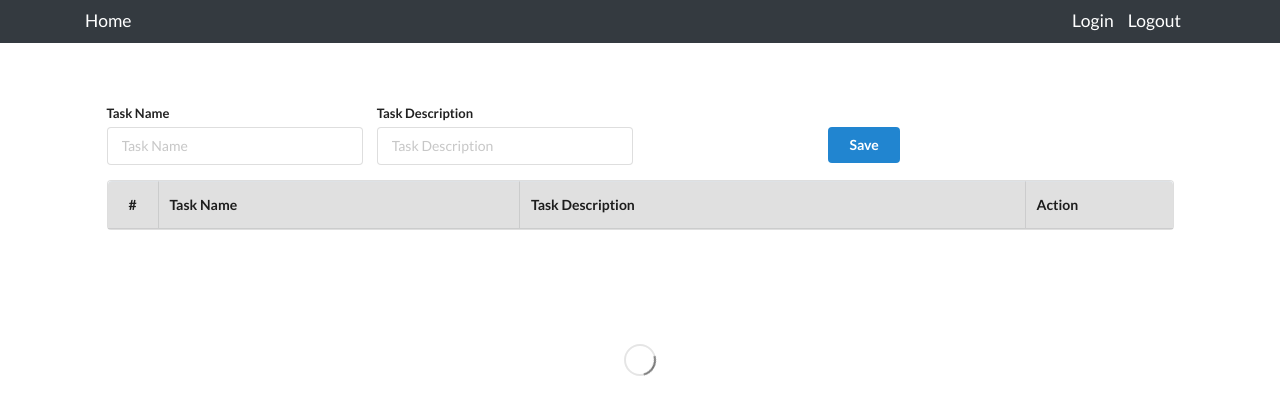
Repository: balkisys/react-js-crud
Page: /
The author's editor kept a copy of each file at every save. The page is drawn from the files as they stood at one save, then again after the next save.
The browser window is 1280 px wide. The pictures show the whole page.
The page's requests for data from a server got no answer. The project was rebuilt for these pictures with package versions that can differ from the ones it lists, and the page was loaded fresh each time. No one was signed in, and anything a server would have sent is missing. Also part of the build but not shown: src/components/Task.js.

Above is the page before, as saved 2021-02-07 19:46:25.

### public/index.html
<!DOCTYPE html>
<html lang="en">
  <head>
    <meta charset="utf-8" />
    <link rel="icon" href="%PUBLIC_URL%/favicon.ico" />
    <meta name="viewport" content="width=device-width, initial-scale=1" />
    <meta name="theme-color" content="#000000" />
    <meta
      name="description"
      content="Web site created using create-react-app"
    />
    <link rel="apple-touch-icon" href="%PUBLIC_URL%/logo192.png" />
    <link rel="stylesheet" href="https://stackpath.bootstrapcdn.com/bootstrap/4.3.1/css/bootstrap.min.css" integrity="sha384-ggOyR0iXCbMQv3Xipma34MD+dH/1fQ784/j6cY/iJTQUOhcWr7x9JvoRxT2MZw1T" crossorigin="anonymous">

    <link
    rel="stylesheet"
    href="https://cdnjs.cloudflare.com/ajax/libs/semantic-ui/2.4.1/semantic.min.css"
    />

    <!--
      manifest.json provides metadata used when your web app is installed on a
      user's mobile device or desktop. See https://developers.google.com/web/fundamentals/web-app-manifest/
    -->
    <link rel="manifest" href="%PUBLIC_URL%/manifest.json" />
    <!--
      Notice the use of %PUBLIC_URL% in the tags above.
      It will be replaced with the URL of the `public` folder during the build.
      Only files inside the `public` folder can be referenced from the HTML.

      Unlike "/favicon.ico" or "favicon.ico", "%PUBLIC_URL%/favicon.ico" will
      work correctly both with client-side routing and a non-root public URL.
      Learn how to configure a non-root public URL by running `npm run build`.
    -->
    <title>React App</title>
  </head>
  <body>
    <noscript>You need to enable JavaScript to run this app.</noscript>
    <div id="root"></div>
    <!--
      This HTML file is a template.
      If you open it directly in the browser, you will see an empty page.

      You can add webfonts, meta tags, or analytics to this file.
      The build step will place the bundled scripts into the <body> tag.

      To begin the development, run `npm start` or `yarn start`.
      To create a production bundle, use `npm run build` or `yarn build`.
    -->
  </body>
</html>

### src/index.js
import React from "react";
import ReactDOM from "react-dom";
import App from "./components/App";


ReactDOM.render(<App/>, document.querySelector("#root"));

### src/components/App.js
import React , {Component} from "react" ;
import Home from "./Home";

class App extends Component {
    render () {
      return (
          <div>


              <nav class="navbar navbar-dark bg-dark">
                  <div class="container">
                      <a class="navbar-brand" href="#">Home</a>
                      <div class="topnav-right">
                      <a class="navbar-brand" href="#search">Login</a>
                      <a class="navbar-brand" href="#about">Logout </a>
  </div>
             </div>
              </nav>






          <div className="ui main container">
           <Home/>
          </div>
          </div>
      );
    }
}
export default App ;

### src/components/Home.js
import React , {Component} from "react" ;
import axios from "axios";
import MyForm from "./MyForm";
import TaskList from "./TaskList";
import "./app.css";
import Loader from "./Loader";

class Home extends Component {
    state = {

        tasks: [],
        task:{},
        loader: false,
        url: "http://127.0.0.1:8000/api/todolists"
    };
    getTasks = async () => {
        this.setState({ loader:true});
        const tasks =  await axios.get(this.state.url);
        this.setState({ tasks: tasks.data, loader:false });
    }

       deleteTask =  async id => {
               this.setState({ loader : true});
             await  axios.delete(`${this.state.url}/${id}`);
             this.getTasks();
       }

       createTask = async data => {
           this.setState({loader:true });
           await axios.post(this.state.url,{
               task_name: data.task_name,
               task_discription: data.task_discription,

           });
           this.getTasks();
       } ;

       editTask = async (data) => {
          // clear task obj
          this.setState({ task: {} , loader: true }) ;
          await axios.put(`${this.state.url}/${data.id}`, {
            task_name: data.task_name,
            task_discription: data.task_discription,
          });
          this.getTasks();
       }

    componentDidMount(){
        this.getTasks();
    }

       onDelete = id => {
         // console.log ("app" , id );
         this.deleteTask(id);
       }

       onEdit = data => {

        //console.log ("app" , data );
        this.setState({ task: data});

      }


      onFormSubmit = data => {
          //console.log("app" , data);
          if(data.isEdit) {
              this.editTask(data);
             // if is edit true
          } else {
                  // if is edit false
                  this.createTask(data);
          }
      };

    render () {
      return (
          <div>

          <div className="ui main container">
           <MyForm task={this.state.task}  onFormSubmit={this.onFormSubmit }     />
           {
               this.state.loader ? <Loader/> : ""
           }
           <TaskList
           tasks={this.state.tasks}
           onDelete={this.onDelete}
           onEdit={this.onEdit}

           />
          </div>
          </div>
      );
    }
}
export default Home ;

### src/components/MyForm.js
import React , {Component} from "react" ;


class MyForm extends Component {
    state = {
        form: {task_name:'' , task_discription:'',isEdit: false},
        btnName: "Save",
        btnClass:"ui primary button submit-button"
    };
    isEmpty(obj){
        return Object.entries(obj).length === 0  && obj.constructor === Object;

    }
    componentDidUpdate(prevProps) {
        if(prevProps !== this.props && !this.isEmpty(this.props.task)) {
           this.setState({
               form: {...this.props.task, isEdit: true},
               btnName: "Update",
               btnClass: "ui orange button submit-button"
           });

            // console.log("update");
        }

    }

    handleChange = event => {
        const {name, value } = event.target;
        let form = this.state.form;
        form[name] = value ;
        this.setState({ form });
    };

    onFormSubmit = (event) =>  {
       // prevent form submit
       event.preventDefault();
       // form validation
      if (this.formValidation()) {
          // send form data to app
          this.props.onFormSubmit(this.state.form);
      }
      // change the button to save
      this.setState({
          btnName: "Save",
          btnClass: "ui primary button submit-button"
      })
      // clear form fields
      this.clearFormFields()
    };
    formValidation = () => {
        // task name
        if(document.getElementsByName("task_name")[0].value === "" ){
           alert('Enter task name') ;
           return false ;
        }
        //task description
        if(document.getElementsByName("task_discription")[0].value === "" ){
            alert('Enter task description ') ;
            return false ;
         }

         return true ;

    };
   clearFormFields = () => {
       // change form state
       this.setState({
        form: {task_name:'' , task_discription:'',  isEdit: false}

       });
       // clear form fields
       document.querySelector(".form").reset();
   };

   render() {
       return (
      <form className= "ui form">
       <div className="fields">
           <div className="four wide field">
           <label> Task Name </label>
           <input
            type="text"
            name="task_name"
            placeholder="Task Name"
            onChange={this.handleChange}
            value={this.state.form.task_name} />
           </div>

           <div className="four wide field">
           <label> Task Description </label>
           <input
           type="text"
            name="task_discription"
            placeholder="Task Description"
            onChange={this.handleChange}
            value={this.state.form.task_discription} />
           </div>

           <div className="four wide field">
           <button  className={this.state.btnClass} onClick={this.onFormSubmit}>
                {this.state.btnName}
                </button>
           </div>

       </div>
      </form>
       );
   }


}
export default MyForm ;

### src/components/TaskList.js
import React, {Component} from "react";
import Task from "./Task";

class TaskList extends Component {
         onDelete = id => {
             this.props.onDelete(id);
              //console.log("task list" , id);

         };
         onEdit = data => {
            this.props.onEdit(data);
            // console.log(task list" , id);

        };

    render() {
        const tasks = this.props.tasks;
        return (
          <div className="data">
              <table className="ui celled table">
                <thead>
                     <tr>
                         <th style={{ width: '50px' , textAlign: "center"}}>#</th>
                         <th>Task Name</th>
                         <th>Task Description</th>
                         <th style={{ width: "148px"}}>Action </th>
                     </tr>
                    </thead>

                    <tbody>
                        {tasks.map(task=>{
                              return <Task
                              task={task}
                              key={task.id}
                              onDelete={this.onDelete}
                              onEdit={this.onEdit}
                              />;

                            })
                        }

                    </tbody>
              </table>

          </div>
        );
    }
}

export default TaskList;

### src/components/app.css
.main.container{
    margin-top: 60px;
}
.submit-button {
    margin-top: 24px !important;
    float: right;
}

.data {
    margin-top: 15px;
}

thead tr th {
     background: #e0e0e0 !important;
}

.ui.inverted.dimmer {
    background-color:rgba(255, 255, 255, 0) !important;
}

### src/components/Loader.js
import React, { Component } from 'react'

 class Loader extends Component {
    render() {
        return (
            <div className="ui active inverted dimmer">
               <div className="ui loader"></div>
            </div>
        )
    }
}

export default Loader

After the next save:
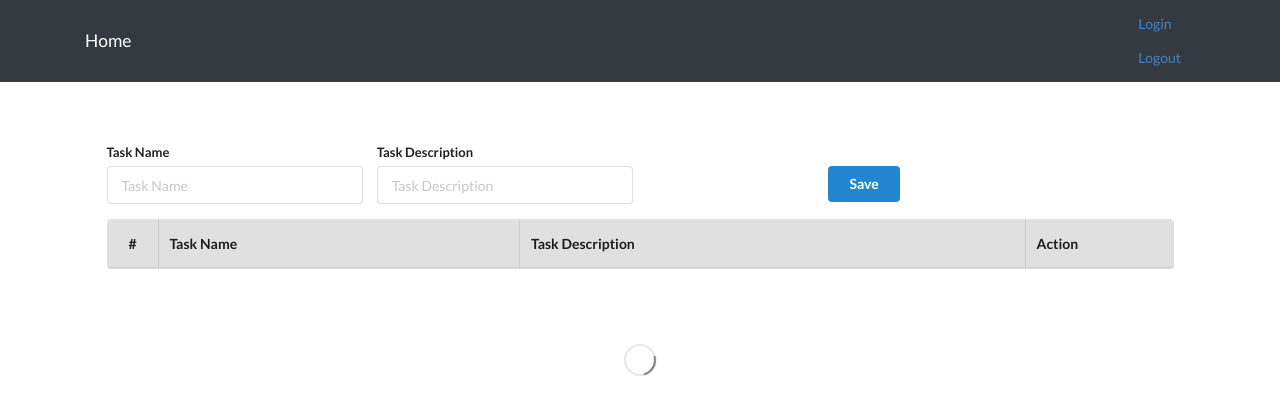
Saved 51 s later.
--- a/src/components/App.js
+++ b/src/components/App.js
@@ -11,8 +11,8 @@
                   <div class="container">
                       <a class="navbar-brand" href="#">Home</a>
                       <div class="topnav-right">
-                      <a class="navbar-brand" href="#search">Login</a>
-                      <a class="navbar-brand" href="#about">Logout </a>
+                      <a class="nav-link" href="#search">Login</a>
+                      <a class="nav-link" href="#about">Logout </a>
   </div>
              </div>
               </nav>

After the save that followed:
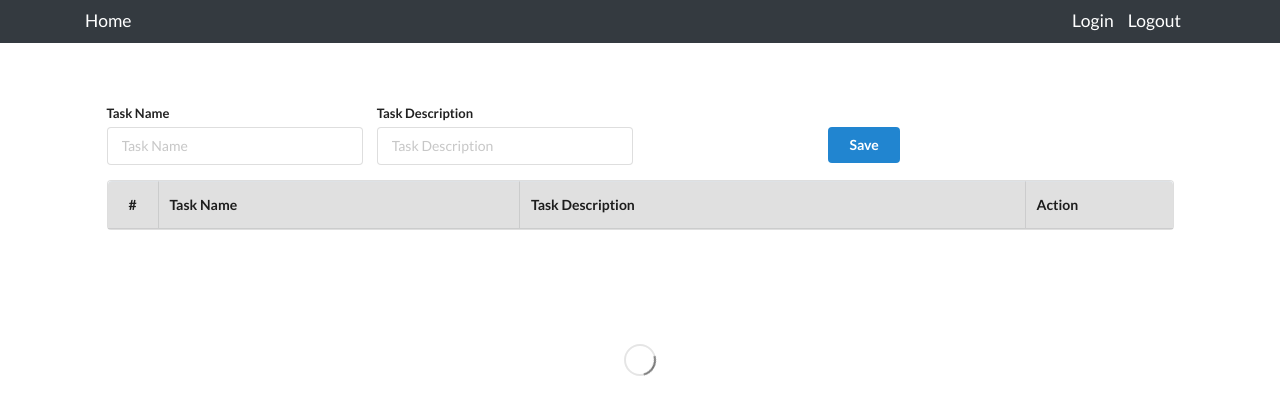
Saved 11 s later.
--- a/src/components/App.js
+++ b/src/components/App.js
@@ -11,8 +11,8 @@
                   <div class="container">
                       <a class="navbar-brand" href="#">Home</a>
                       <div class="topnav-right">
-                      <a class="nav-link" href="#search">Login</a>
-                      <a class="nav-link" href="#about">Logout </a>
+                      <a class="navbar-brand" href="#search">Login</a>
+                      <a class="navbar-brand" href="#about">Logout </a>
   </div>
              </div>
               </nav>
